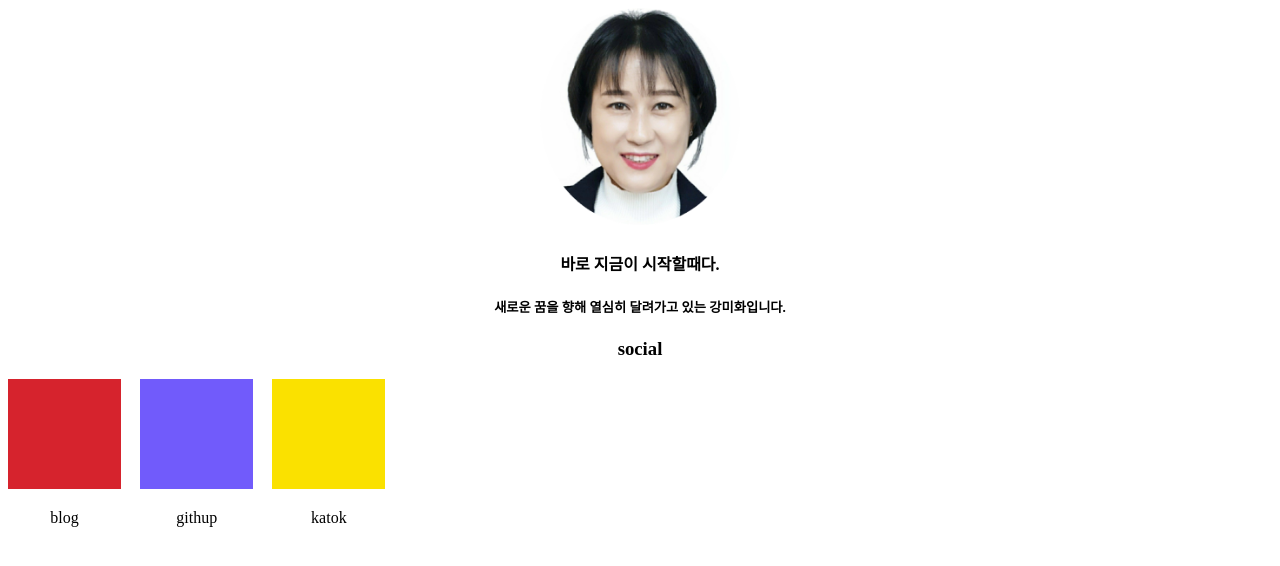
Repository: kmh9964/view
Page: workspace/studyhtml5/src/htmltags03.html
The author's editor kept a copy of each file at every save. The page is drawn from the files as they stood at one save, then again after the next save.
The browser window is 1280 px wide. The pictures show the whole page.

Above is the page before, as saved 2022-12-14 08:04:12.

### workspace/studyhtml5/src/htmltags03.html
<!doctype html>
<html lang="ko">
<head>
	<meta charset="UTF-8" />
	<meta http-equiv="X-UA-Compatible" content="IE=Edge" />
	<meta name="viewport" content="width=device-width, initial-scale=1.0">
	<title>자바 백엔드 개발자 프로필</title>
	<style>
	/* 선택자 : 스타일을 적용할 대상을 가르키는 css문법, 클래스 또는 아이디 또는 공용선택자
	          ,전체 선택자,universal Selector, 태그선택자(p/h1/img...), 그룹 선택자(p/h1/
		선택자{
			속성1: 값1:
			속성2: 값2:
		}*/
		.d-none {
			display: none; /* 표시: 안함 (화면상 필요 없지만 검색이 잘되게 하기 위해서 필요한것) */

		}
		.text-center{
			text-align: center;
		}
		h1,h4,h5,h3 {
		text-align: center;

		}
		.profile {
			text-align:center;
		}
	.icons {
		display: flex;      /* 표시방법 : 플렉스 */
		column-gap: 1.2rem; /* 컬럼-간격: 1rem만큼 띄어줘 */
		text-align:center;	/* 텍스트-정렬: 가운데 */
	}
	</style>

</head>
<body class="text-center">
	<h1 class="d-none">about</h1>
 	<div class="profile">
 		<img src="images/photo.png" alt="지원자 강미화" width="200">
 	</div>
 	<h4>바로 지금이 시작할때다. </h4>
 	<h5>새로운 꿈을 향해 열심히 달려가고 있는 강미화입니다. </h5>
 	<h3>social</h3>
 	<div class="icons">
 		<div>
 			<img src="images/blog.png" alt="link to blog">
 			<p>blog</p>
 		</div>
 		<div>
 			<img src="images/githup.png" alt="link to githup">
 			<p>githup</p>
 		</div>
 		<div>
 			<img src="images/katok.png" alt="link to katok">
 			<p>katok</p>
 		</div>
 	</div>


</body>
</html>

After the next save:
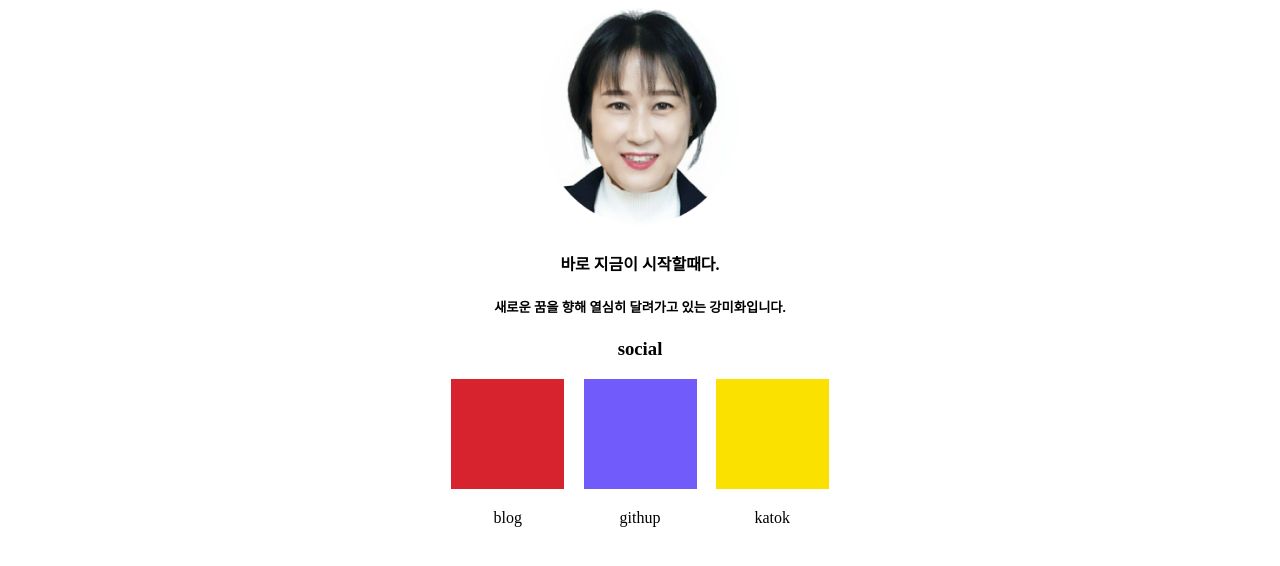
Saved 20 min 24 s later.
--- a/workspace/studyhtml5/src/htmltags03.html
+++ b/workspace/studyhtml5/src/htmltags03.html
@@ -28,6 +28,7 @@
 		}
 	.icons {
 		display: flex;      /* 표시방법 : 플렉스 */
+		justify-content: center;
 		column-gap: 1.2rem; /* 컬럼-간격: 1rem만큼 띄어줘 */
 		text-align:center;	/* 텍스트-정렬: 가운데 */
 	}
